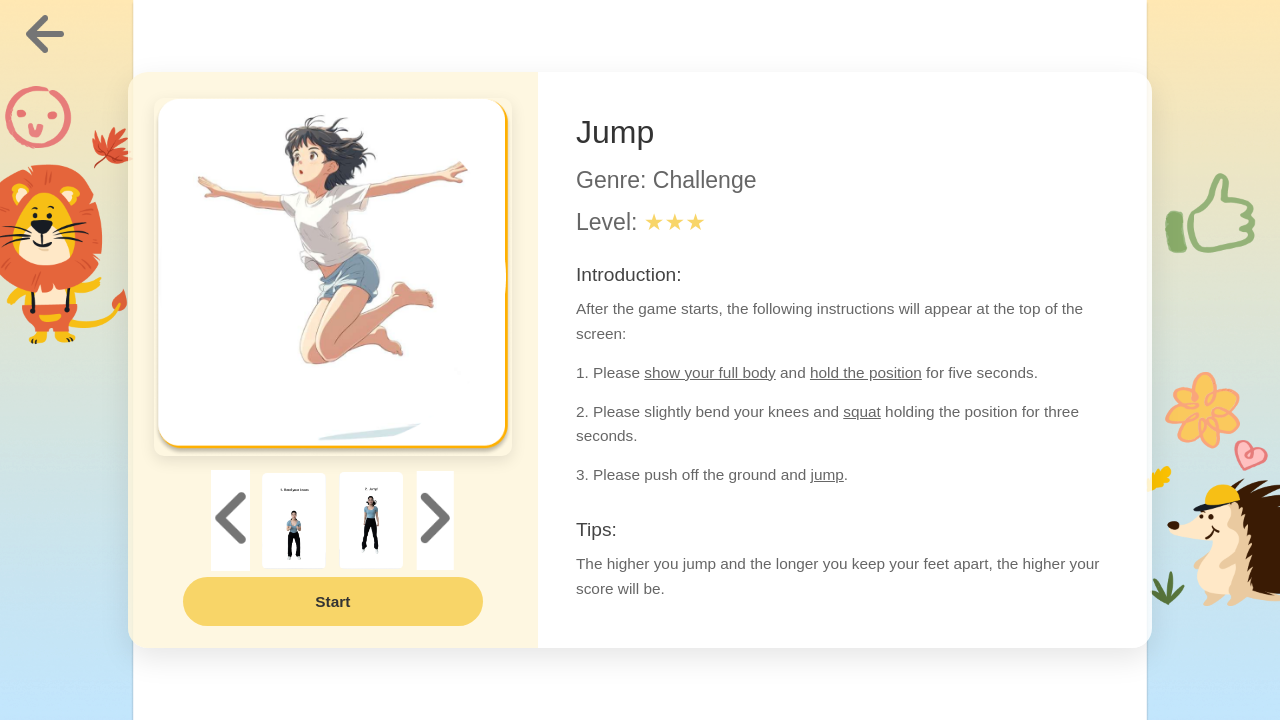
Repository: Jayhawk2000/AR_Game_DCD_Children
Page: cha_jump.html
These files come from the project's save history. The page is drawn as it stood at one moment and after the next save; the edit follows.
The browser window is 1280 px wide. The pictures show the whole page.

Above is the page before, as saved 2024-10-16 14:25:44.

After the next save:
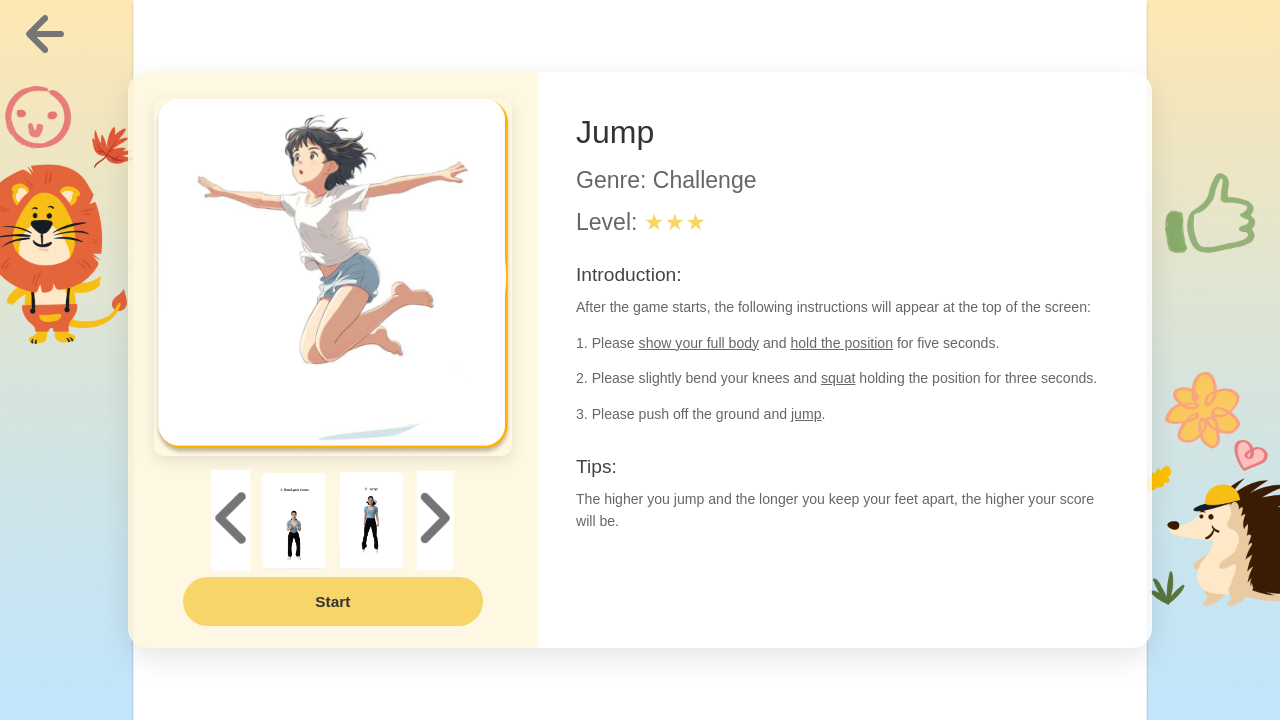
Saved 2 min 3 s later.
--- a/cha_jump.html
+++ b/cha_jump.html
@@ -153,8 +153,8 @@
         }
 
         p {
-            font-size: 1.2vw;
-            line-height: 1.6;
+            font-size: 1.1vw; /* 稍微减小字体大小 */
+            line-height: 1.5;
             color: #666;
             margin-bottom: 2vh;
         }
